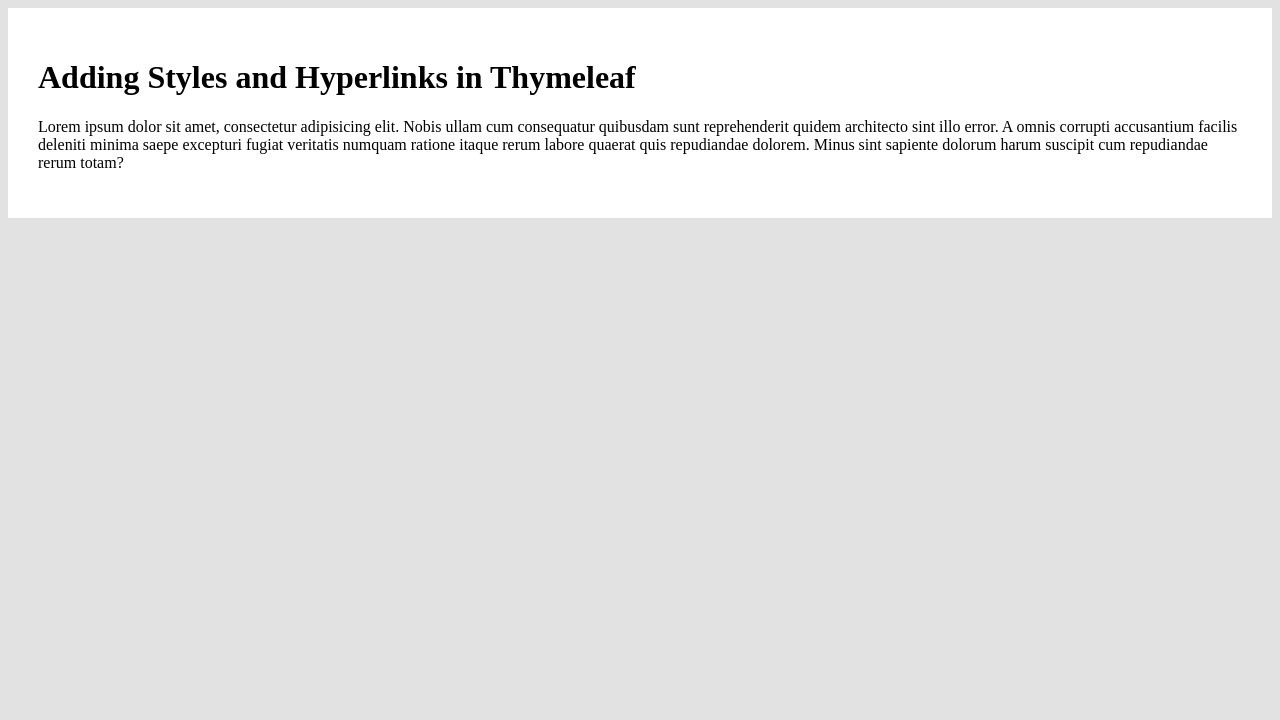
Repository: AmitKumarBhagat1/Spring-SpringBoot
Page: http://localhost/stylesexam
These files come from the project's save history. The page is drawn as it stood at one moment and after the next save; the edit follows.
The browser window is 1280 px wide. The pictures show the whole page.
The page is this project's Thymeleaf template; nobody is signed in. The template is opened directly, without the code that normally fills it, so the values that code supplies are empty.

Above is the page before, as saved 2024-07-05 06:42:03.

After the next save:
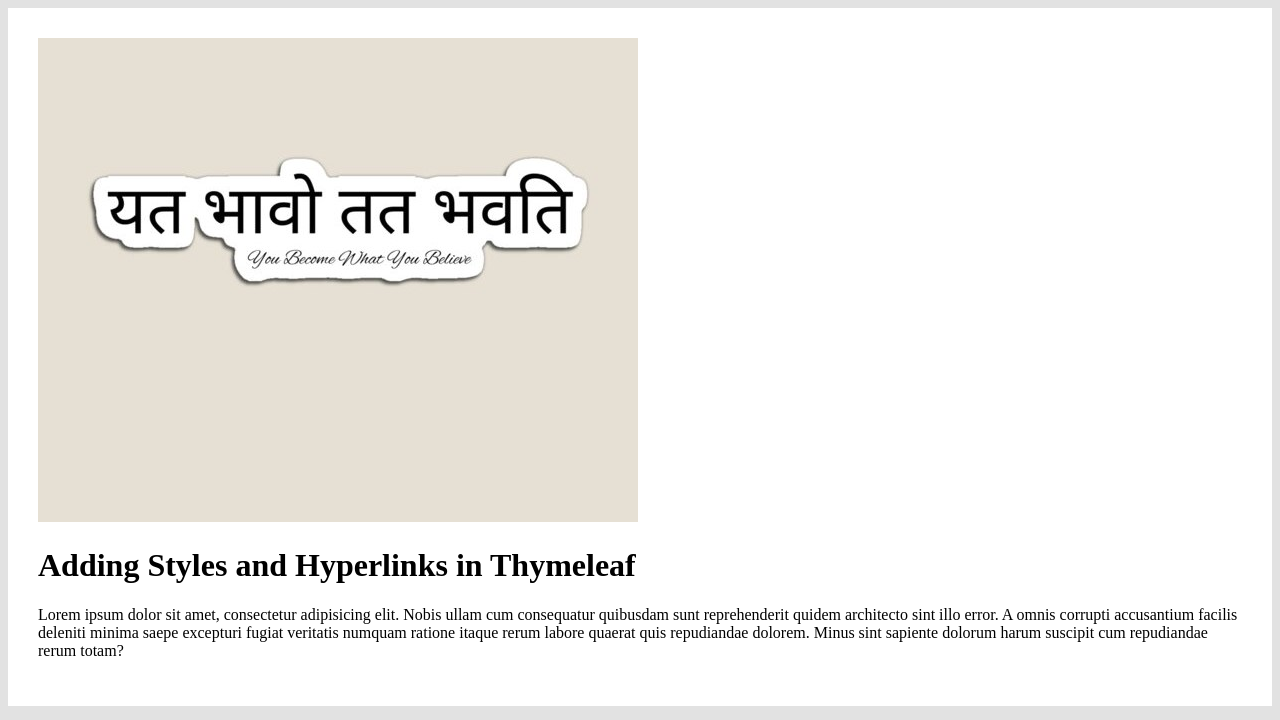
Saved 3 min 10 s later.
--- a/thymeleaf/src/main/resources/templates/stylesexam.html
+++ b/thymeleaf/src/main/resources/templates/stylesexam.html
@@ -7,6 +7,9 @@
 </head>
 <body>
 	<div class="container">
+
+	<img alt="img..." th:src="@{/img/yat bhawo1.jpg}" src="">
+
 		<h1>Adding Styles and Hyperlinks in Thymeleaf</h1>
 		<p>Lorem ipsum dolor sit amet, consectetur adipisicing elit.
 			 Nobis ullam cum consequatur quibusdam sunt reprehenderit
